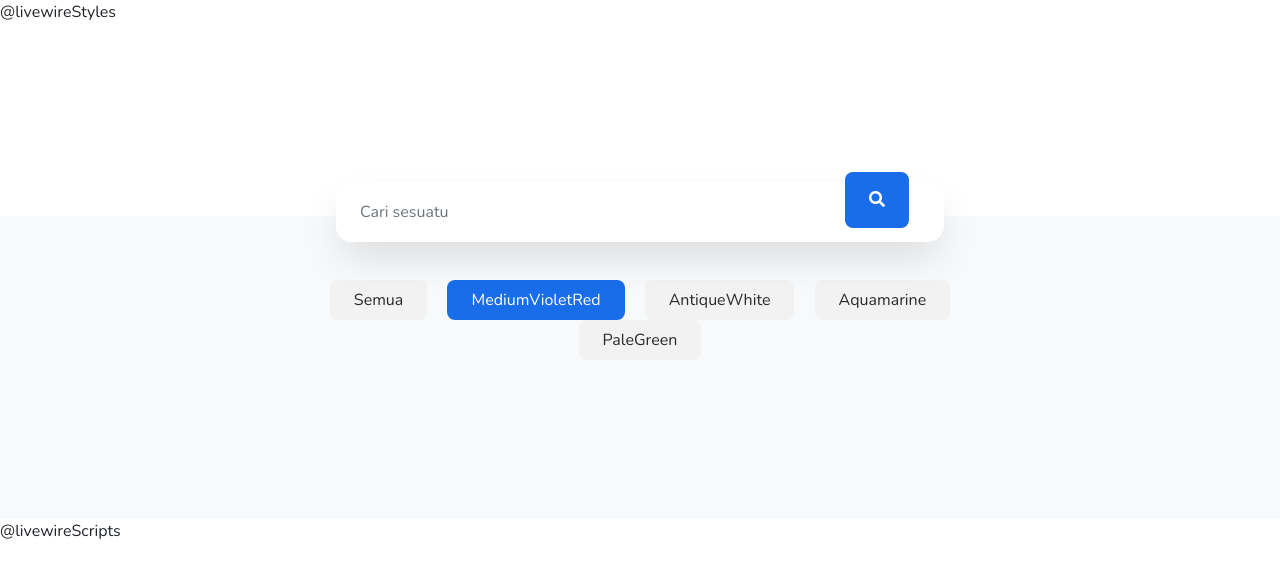
Repository: khulqu15/bidding-lite
Page: http://localhost/products?category=1
An editor plug-in stored every save of this project. The page is shown before and after the next save, followed by the edit.
The browser window is 1280 px wide. The pictures show the whole page.
Some web fonts or font styles are not loaded; a fallback is used. The page is served by the project's Laravel application, run on PHP 8.4 with Laravel 8. The database holds what the project's SQL file puts in it.

Above is the page before, as saved 2022-03-01 01:28:02.

After the next save:
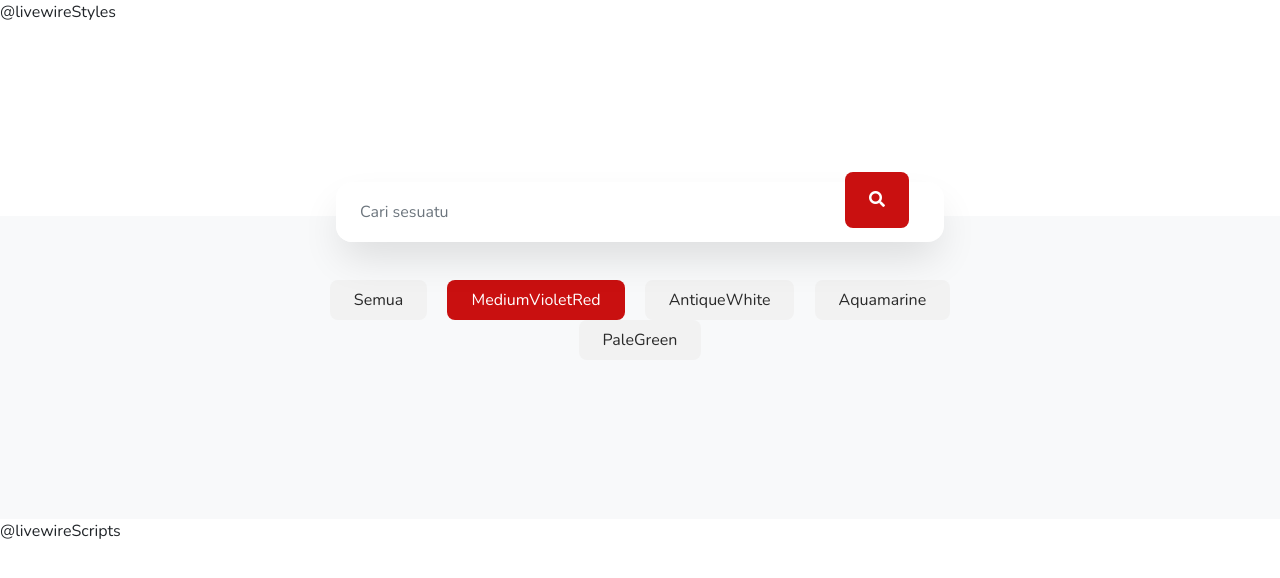
Saved 50 s later.
--- a/public/css/style.css
+++ b/public/css/style.css
@@ -5,16 +5,16 @@ body {
     font-family: 'Viga', sans-serif;
 }
 .bgm-primary {
-    background-color: #1A6DE9 !important;
+    background-color: #C91010 !important;
 }
 .bgm-primary-light {
-    background-color: #22CAFF !important;
+    background-color: #F92929 !important;
 }
 .btnm-primary {
     border: none;
     border-radius: 0px !important;
     transition: all .3s ease-in-out;
-    background-color: #1A6DE9 !important;
+    background-color: #C91010 !important;
     padding: 1rem 2rem;
     border-radius: 8px !important;
     color: white;
@@ -55,7 +55,7 @@ body {
     background-color: #c2c2c2 !important;
 }
 .textm-primary {
-    color: #1A6DE9 !important;
+    color: #C91010 !important;
 }
 .textm-gray {
     color: gray !important;
@@ -103,7 +103,7 @@ body {
     height: 170px;
     border-top-left-radius: 16px;
     border-top-right-radius: 16px;
-    background-color: #22CAFF;
+    background-color: #F92929;
     overflow: hidden;
 }
 .card-product .image img {
@@ -118,7 +118,7 @@ body {
     height: 50px;
     border-radius: 50px;
     background-color: #aeecff;
-    color: #1A6DE9;
+    color: #C91010;
     position: absolute;
     line-height: 53px;
     text-align: center;
@@ -130,14 +130,14 @@ body {
 .card-product .like:hover {
     cursor: pointer;
     background-color: #0E55C0;
-    color: #22CAFF;
+    color: #F92929;
 }
 .card-product .liked {
     width: 50px;
     height: 50px;
     border-radius: 50px;
-    background-color: #1A6DE9;
-    color: #22CAFF;
+    background-color: #C91010;
+    color: #F92929;
     position: absolute;
     line-height: 53px;
     text-align: center;
@@ -149,7 +149,7 @@ body {
 .card-product .like:hover {
     cursor: pointer;
     color: #0E55C0;
-    background-color: #22CAFF;
+    background-color: #F92929;
 }
 .image-fit-card {
     width: 100%;
@@ -359,7 +359,7 @@ a {
     background-color: #292929;
 }
 .full-page {
-    background-color: #22CAFF !important;
+    background-color: #F92929 !important;
 }
 .bg-product img {
     opacity: .8;
@@ -372,7 +372,7 @@ a {
     display: inline-block;
     border-radius: 80px;
     overflow: hidden !important;
-    background-color: #1A6DE9;
+    background-color: #C91010;
 }
 .ellipsis-menu-right {
     top: 0;
